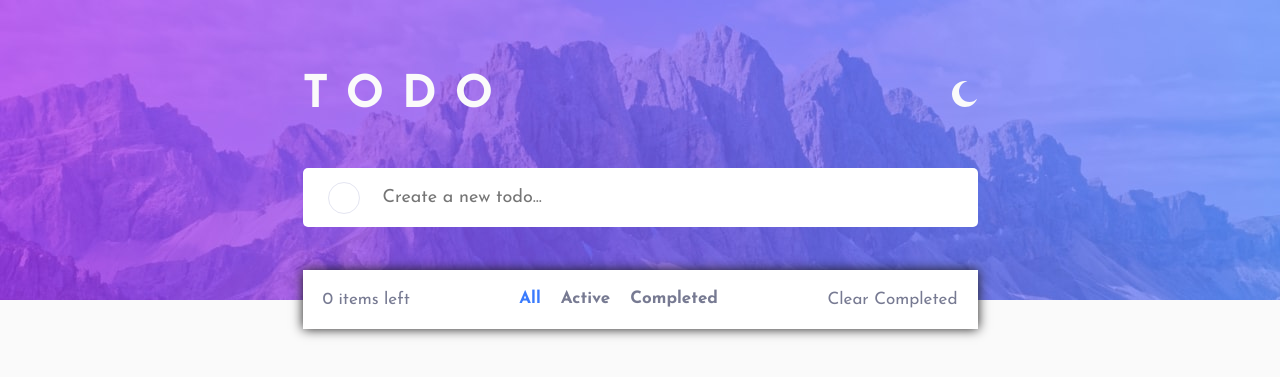
Repository: tomas938/todo-app
Page: /
The author's editor kept a copy of each file at every save. The page is drawn from the files as they stood at one save, then again after the next save.
The browser window is 1280 px wide. The pictures show the whole page.
The project was rebuilt for these pictures with package versions that can differ from the ones it lists, and the page was loaded fresh each time.

Above is the page before, as saved 2021-08-19 21:28:23.

### src/main.js
import { createApp } from "vue";
import App from "./App.vue";
import router from "./router";

createApp(App)
	.use(router)
	.mount("#app");

### src/App.vue
<template>
	<router-view />
</template>

<style lang="scss">
@import "/src/scss/_variables";
:root {
	.dark {
		--bg-image: url(./assets/bg-desktop-dark.jpg);
		--items-bg-color: hsl(235, 24%, 19%);
		--body-bg: hsl(235, 21%, 11%);
		--todo-text: hsl(236, 33%, 92%);
		--todo-border: hsl(237, 14%, 26%);
	}
	.light {
		--bg-image: url(./assets/bg-desktop-light.jpg);
		--items-bg-color: hsl(0, 0%, 100%);
		--body-bg: hsl(0, 0%, 98%);
		--todo-text: hsl(233, 14%, 35%);
		--todo-border: hsl(236, 33%, 92%);
	}
}

* {
	margin: 0;
	padding: 0;
	box-sizing: border-box;
}
html {
	font-size: 62.5%;
}
body {
	font-size: 1.8rem;
	font-family: $font-primary;
	background-color: var(--body-bg);
}

li {
	list-style: none;
}
</style>

### src/router/index.js
import { createRouter, createWebHashHistory } from "vue-router";
import Home from "../views/Home.vue";

const routes = [
	{
		path: "/",
		name: "Home",
		component: Home,
	},
];

const router = createRouter({
	history: createWebHashHistory(),
	routes,
});

export default router;

### src/scss/_variables.scss
// LINK COLLORS-PRIMARY //

$primary: hsl(220, 98%, 61%);
$primary-bg: linear-gradient(rgb(87, 221, 255), hsl(280, 87%, 65%));

// LINK LIGHT THEME //

$light-gray: hsl(0, 0%, 98%);
$very-light-grayish-blue: hsl(236, 33%, 92%);
$light-grayish-blue: hsl(233, 11%, 84%);
$dark-grayish-blue: hsl(236, 9%, 61%);
$very-dark-grayish-blue: hsl(235, 19%, 35%);

// LINK DARK THEME //

$very-dark-blue: hsl(235, 21%, 11%);
$dark-desaturated-blue: hsl(235, 24%, 19%);
$light-grayish-blue--dark: hsl(234, 39%, 85%);
$light-grayish-blue--dark-hover: hsl(236, 33%, 92%);
$dark-grayish-blue--dark: hsl(234, 11%, 52%);
$very-dark-grayish-blue--dark: hsl(233, 14%, 35%);
$very-dark-grayish-blue--dark-2: hsl(237, 14%, 26%);

// LINK FONT //

@import url("https://fonts.googleapis.com/css2?family=Josefin+Sans:wght@400;700&display=swap");
$font-primary: "Josefin Sans", sans-serif;
$light: 400;
$bold: 700;

### src/views/Home.vue
<template>
	<Todos />
</template>

<script>
import Todos from "../components/Todos.vue";
export default {
	components: {
		Todos,
	},
};
</script>
<style lang="scss"></style>

### src/components/Todos.vue
<template>
	<Header @create-todo="newTodo($event)" />
	<main>
		<div class="wrapper">
			<transition-group name="list" class="todos" tag="ul" appear>
				<li
					v-for="(todo, index) in filteredTodos"
					:key="todo.name"
					class="todo-item"
				>
					<div
						class="todo "
						:class="{ complete: todo.completed }"
						@click="todo.completed = !todo.completed"
					></div>
					<span>{{ todo.name }}</span>
					<svg
						@click="removeTodo(index)"
						class="close"
						xmlns="http://www.w3.org/2000/svg"
						width="18"
						height="18"
					>
						<path
							fill="#494C6B"
							fill-rule="evenodd"
							d="M16.97 0l.708.707L9.546 8.84l8.132 8.132-.707.707-8.132-8.132-8.132 8.132L0 16.97l8.132-8.132L0 .707.707 0 8.84 8.132 16.971 0z"
						/>
					</svg>
				</li>
			</transition-group>
			<div class="filters">
				<div class="items-left">
					<span>{{ filteredTodos.length }} items left</span>
				</div>
				<div class="filter">
					<span :class="{ active: filter === 'all' }" @click="filter = 'all'"
						>All</span
					>
					<span
						:class="{ active: filter === 'active' }"
						@click="filter = 'active'"
						>Active</span
					>
					<span
						:class="{ active: filter === 'completed' }"
						@click="filter = 'completed'"
						>Completed</span
					>
				</div>
				<div class="clear">
					<span @click="clearTodos">Clear Completed</span>
				</div>
			</div>
		</div>
	</main>
</template>

<script>
import Header from "../components/Header";
export default {
	components: {
		Header,
	},
	data() {
		return {
			LOCAL_STORAGE_KEY: "todoApp",
			todos: JSON.parse(localStorage.getItem(this.LOCAL_STORAGE_KEY)) || [],
			filter: "all",
		};
	},
	mounted() {
		if (localStorage.getItem(this.LOCAL_STORAGE_KEY))
			this.todos = JSON.parse(localStorage.getItem(this.LOCAL_STORAGE_KEY));
	},
	watch: {
		todos: {
			deep: true,
			handler(newValue) {
				localStorage.setItem(this.LOCAL_STORAGE_KEY, JSON.stringify(newValue));
			},
		},
	},
	methods: {
		newTodo(newTodo) {
			if (newTodo !== "") {
				this.todos.unshift({ name: newTodo, completed: false });
			}
		},
		removeTodo(index) {
			this.todos.splice(index, 1);
		},
		clearTodos() {
			this.todos = this.todos.filter((todo) => !todo.completed);
		},
	},
	computed: {
		filteredTodos() {
			if (this.filter === "all") {
				return this.todos;
			} else if (this.filter === "active") {
				return this.todos.filter((todo) => !todo.completed);
			} else if (this.filter === "completed") {
				return this.todos.filter((todo) => todo.completed);
			}
			return this.todos;
		},
	},
};
</script>

<style lang="scss" scoped>
@import "/src/scss/_variables";

main {
	transform: translateY(-3rem);
	display: flex;
	flex-direction: column;
	max-width: 73.5rem;
	margin: 0 auto;
	padding: 0 3rem;
}
.wrapper {
	box-shadow: 0px 0px 11px 0px #1a1919;
}
.todos {
	position: relative;
	border-radius: 0.5rem;
	background-color: var(--items-bg-color);
}
.todo-item {
	position: relative;
	display: flex;
	justify-content: space-between;
	align-items: center;
	width: 100%;
	padding: 2rem;
	padding-left: 8rem;
	font-family: $font-primary;
	font-weight: $light;
	color: var(--todo-text);
	border-bottom: 1px solid var(--todo-border);
	.todo {
		cursor: pointer;
		content: "";
		position: absolute;
		display: flex;
		align-items: center;
		justify-content: center;
		top: 50%;
		transform: translateY(-50%);
		left: 2.5rem;
		width: 3rem;
		height: 3rem;
		border-radius: 50%;
		border: 1px solid var(--todo-border);
	}
	.complete {
		background-image: url("../assets/icon-check.svg"), $primary-bg;
		background-repeat: no-repeat;
		background-position: center;
	}
	.close {
		cursor: pointer;
		opacity: 0;
	}
	&:hover {
		.close {
			transition: opacity 0.5s ease-in-out;
			opacity: 1;
		}
	}
}
.filters {
	display: flex;
	justify-content: space-between;
	background-color: var(--items-bg-color);
	padding: 2rem;
	.filter {
		font-weight: $bold;
		display: flex;
		gap: 2rem;
		.active {
			color: $primary;
			transition: color 0.3s ease-in-out;
		}
	}
	.items-left {
		span {
			cursor: auto;
		}
	}
	span {
		color: $dark-grayish-blue--dark;
		cursor: pointer;
		font-size: 1.7rem;
	}
}
// TRANSITIONS //
.list-enter-active {
	transition: all 0.7s ease;
}
.list-enter-from {
	opacity: 0;
	transform: scale(0.6);
}
.list-enter-to {
	opacity: 1;
	transform: scale(1);
}
.list-leave-active {
	transition: all 0.7s ease;
	position: absolute;
}
.list-leave-from {
	opacity: 1;
	transform: scale(1);
}
.list-leave-to {
	opacity: 0;
	transform: scale(0.6);
}
.list-move {
	transition: all 0.8s ease;
}
</style>

### src/components/Header.vue
<template>
	<header>
		<nav class="nav container">
			<div class="nav__title">
				<h1>todo</h1>
			</div>
			<svg
				v-if="ligth"
				@click="changeTheme"
				class="nav__theme"
				xmlns="http://www.w3.org/2000/svg"
				width="26"
				height="26"
			>
				<path
					fill="#fafafa"
					fill-rule="evenodd"
					d="M13 0c.81 0 1.603.074 2.373.216C10.593 1.199 7 5.43 7 10.5 7 16.299 11.701 21 17.5 21c2.996 0 5.7-1.255 7.613-3.268C23.22 22.572 18.51 26 13 26 5.82 26 0 20.18 0 13S5.82 0 13 0z"
				/>
			</svg>
			<svg
				v-else
				@click="changeTheme"
				xmlns="http://www.w3.org/2000/svg"
				width="26"
				height="26"
			>
				<path
					fill="#fafafa"
					fill-rule="evenodd"
					d="M13 21a1 1 0 011 1v3a1 1 0 11-2 0v-3a1 1 0 011-1zm-5.657-2.343a1 1 0 010 1.414l-2.121 2.121a1 1 0 01-1.414-1.414l2.12-2.121a1 1 0 011.415 0zm12.728 0l2.121 2.121a1 1 0 01-1.414 1.414l-2.121-2.12a1 1 0 011.414-1.415zM13 8a5 5 0 110 10 5 5 0 010-10zm12 4a1 1 0 110 2h-3a1 1 0 110-2h3zM4 12a1 1 0 110 2H1a1 1 0 110-2h3zm18.192-8.192a1 1 0 010 1.414l-2.12 2.121a1 1 0 01-1.415-1.414l2.121-2.121a1 1 0 011.414 0zm-16.97 0l2.121 2.12A1 1 0 015.93 7.344L3.808 5.222a1 1 0 011.414-1.414zM13 0a1 1 0 011 1v3a1 1 0 11-2 0V1a1 1 0 011-1z"
				/>
			</svg>
		</nav>
		<div class="new-todo">
			<input
				type="text"
				placeholder="Create a new todo..."
				v-model="newTodo"
				@keypress.enter="$emit('create-todo', newTodo)"
			/>
		</div>
	</header>
</template>

<script>
export default {
	data() {
		return {
			newTodo: "",
			ligth: true,
			body: document.body,
		};
	},
	methods: {
		changeTheme() {
			this.ligth = !this.ligth;
			if (!this.ligth) {
				this.body.classList.remove("light");
				this.body.classList.add("dark");
			} else {
				this.body.classList.remove("dark");
				this.body.classList.add("light");
			}
		},
	},
	mounted() {
		this.body.classList.add("light");
	},
};
</script>

<style lang="scss" scoped>
@import "/src/scss/_variables";

header {
	height: 30rem;
	display: flex;
	flex-direction: column;
	align-items: center;
	justify-content: center;
	gap: 5rem;
	padding: 3rem;
	background-image: var(--bg-image);
	background-repeat: no-repeat;
	background-size: cover;
}
.nav {
	max-width: 67.5rem;
	width: 100%;
	display: flex;
	justify-content: space-between;
	align-items: baseline;
	&__title h1 {
		font-size: 4.5rem;
		letter-spacing: 1.8rem;
		text-transform: uppercase;
	}

	svg {
		cursor: pointer;
	}
}
.new-todo {
	max-width: 67.5rem;
	width: 100%;
	position: relative;
	&::before {
		content: "";
		position: absolute;
		top: 50%;
		transform: translateY(-50%);
		left: 2.5rem;
		width: 3rem;
		height: 3rem;
		border-radius: 50%;
		border: 1px solid var(--todo-border);
	}
}
input {
	background-color: var(--items-bg-color);
	color: var(--todo-text);
	width: 100%;
	outline: none;
	border: none;
	padding: 2rem;
	padding-left: 8rem;
	border-radius: 0.5rem;
	font-size: 1.8rem;
	font-family: $font-primary;
	font-weight: $light;
}
h1 {
	color: $light-gray;
}
</style>

Loaded but not shown: public/index.html (common file)

After the next save:
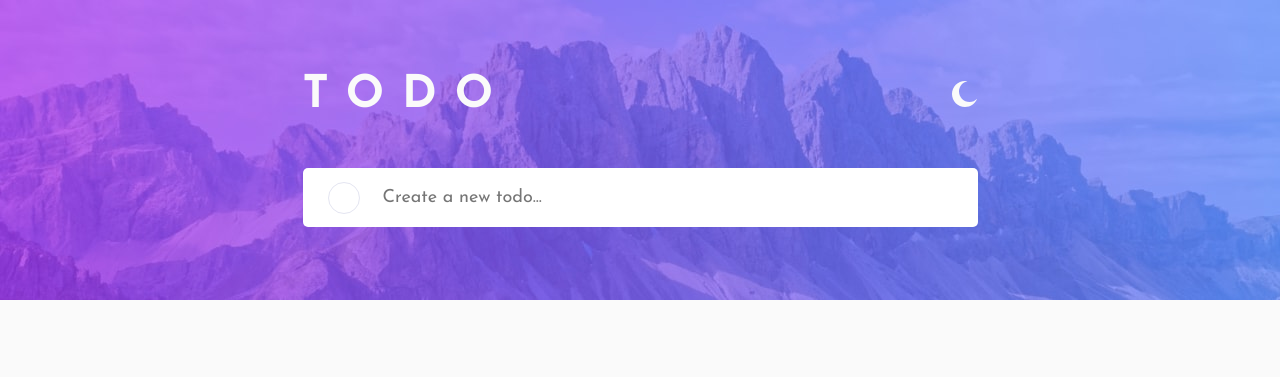
Saved 35 s later.
--- a/src/components/Todos.vue
+++ b/src/components/Todos.vue
@@ -29,7 +29,7 @@
 					</svg>
 				</li>
 			</transition-group>
-			<div class="filters">
+			<!-- <div class="filters">
 				<div class="items-left">
 					<span>{{ filteredTodos.length }} items left</span>
 				</div>
@@ -51,7 +51,7 @@
 				<div class="clear">
 					<span @click="clearTodos">Clear Completed</span>
 				</div>
-			</div>
+			</div> -->
 		</div>
 	</main>
 </template>

After the save that followed:
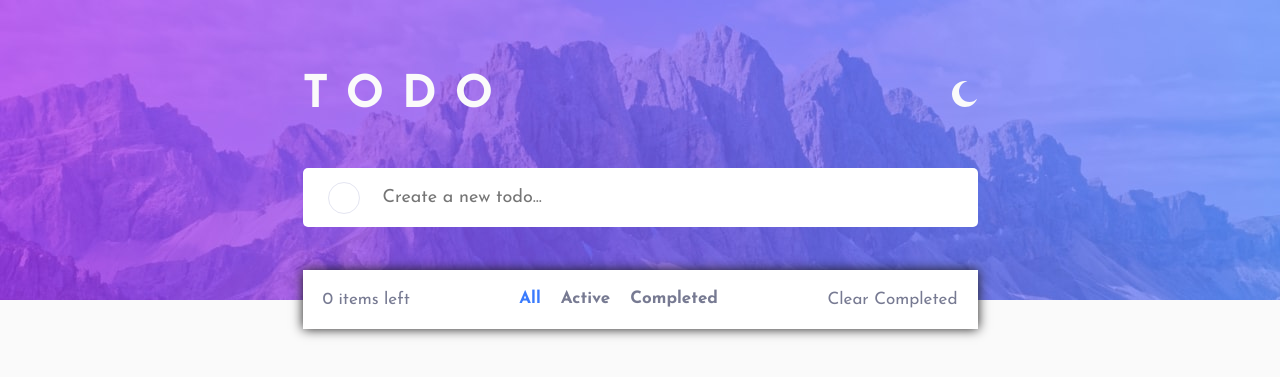
Saved 3 min 2 s later.
--- a/src/components/Todos.vue
+++ b/src/components/Todos.vue
@@ -29,7 +29,7 @@
 					</svg>
 				</li>
 			</transition-group>
-			<!-- <div class="filters">
+			<div class="filters">
 				<div class="items-left">
 					<span>{{ filteredTodos.length }} items left</span>
 				</div>
@@ -51,7 +51,7 @@
 				<div class="clear">
 					<span @click="clearTodos">Clear Completed</span>
 				</div>
-			</div> -->
+			</div>
 		</div>
 	</main>
 </template>
